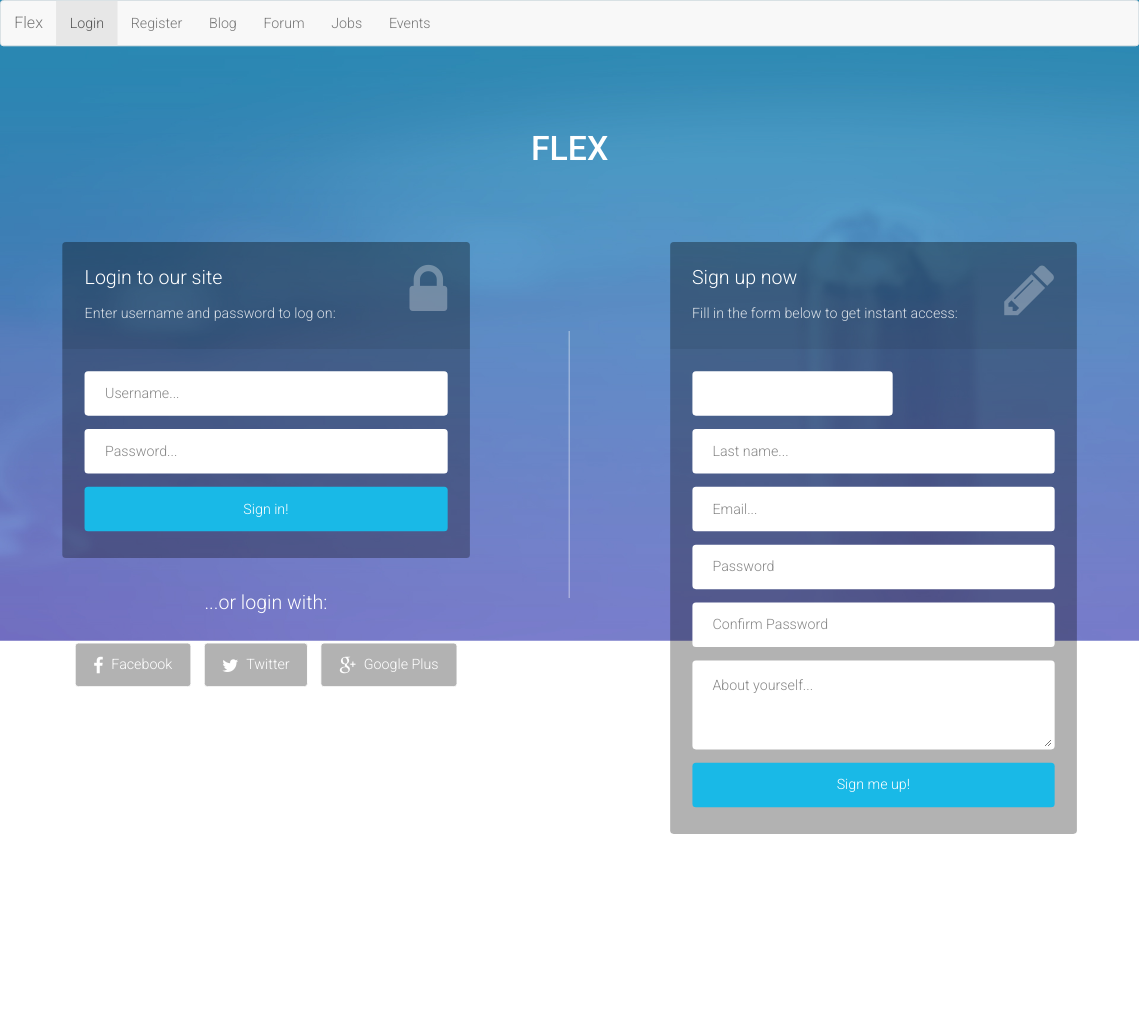
Repository: Angelamritha2012/Flex
Page: Collaboration/WebContent/index.html
The author's editor kept a copy of each file at every save. The page is drawn from the files as they stood at one save, then again after the next save.
The browser window is 1280 px wide. The pictures show the whole page, at 89% of full size.
Some web libraries are served in a nearby version.

Above is the page before, as saved 2017-11-29 14:07:24.

After the next save:
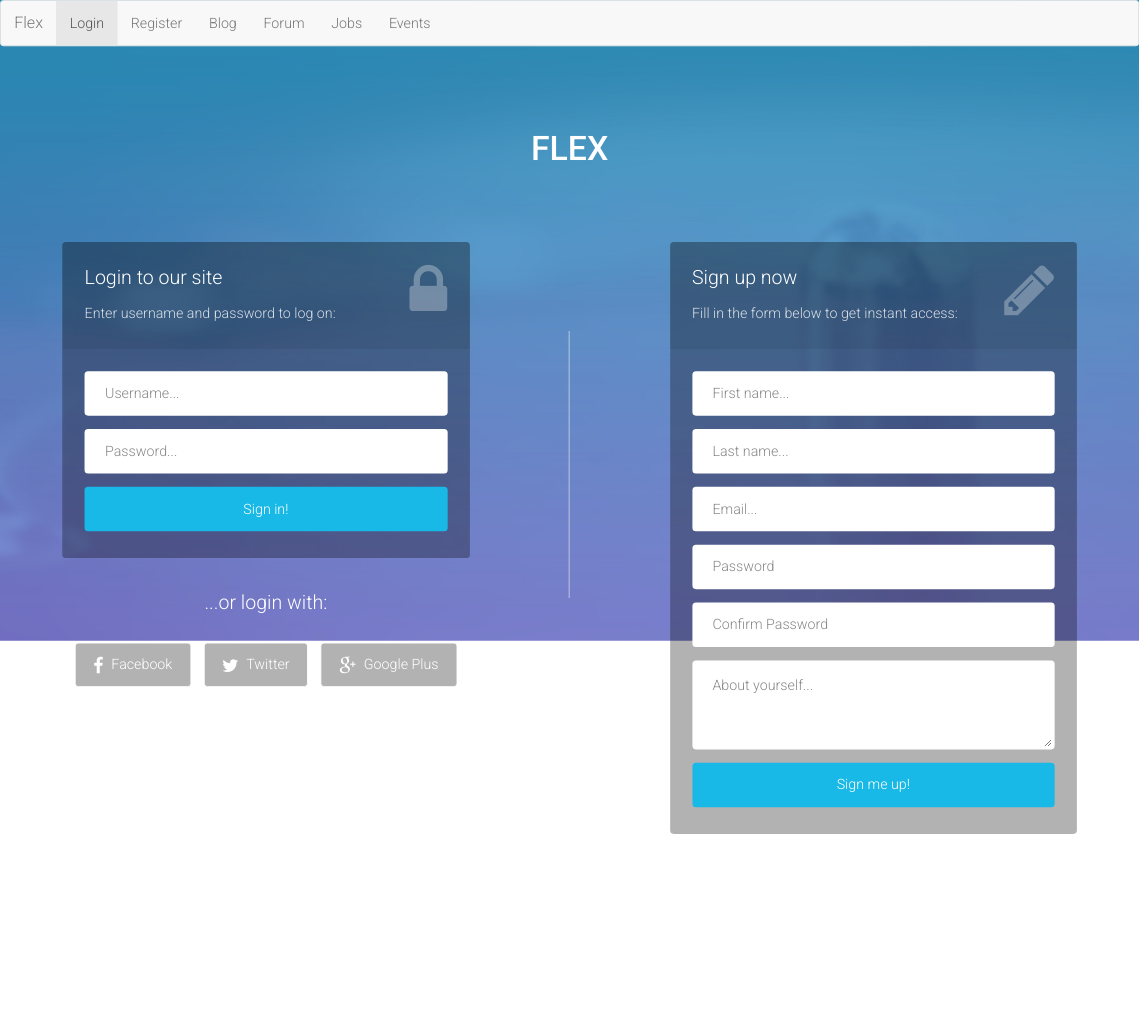
Saved 4 min 53 s later.
--- a/Collaboration/WebContent/index.html
+++ b/Collaboration/WebContent/index.html
@@ -127,12 +127,12 @@
 	                            <div class="form-bottom">
 				                    <form role="form" action="" method="post" class="registration-form">
 				                    	<div class="form-group">
-				                    		<!-- <label class="sr-only" for="form-first-name">First name</label>
-				                        	<input type="text" name="form-first-name" placeholder="First name..." class="form-first-name form-control" id="form-first-name"> -->
-				                       <input name = "firstname" type = "text" ng-model = "firstName" required>
+				                    		<label class="sr-only" for="form-first-name">First name</label>
+				                        	<input type="text" name="form-first-name" placeholder="First name..." class="form-first-name form-control" id="form-first-name">
+				                       <!-- <input name = "firstname" type = "text" ng-model = "firstName" required>
                      <span style = "color:red" ng-show = "studentForm.firstname.$dirty && studentForm.firstname.$invalid">
                         <span ng-show = "Form.firstname.$error.required">First Name is required.</span>
-                     </span>
+                     </span>   -->
 				                        </div>
 				                        <div class="form-group">
 				                        	<label class="sr-only" for="form-last-name">Last name</label>
